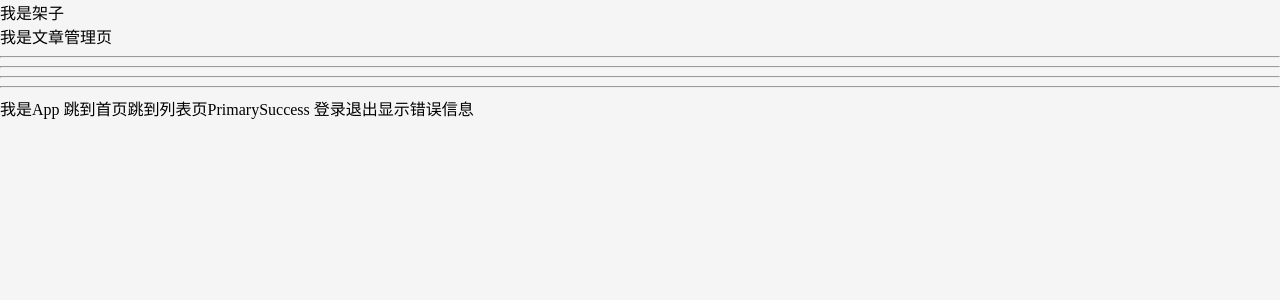
Repository: 202100202078/to-b-data-management-platform
Page: /
An editor plug-in stored every save of this project. The page is shown before and after the next save, followed by the edit.
The browser window is 1280 px wide. The pictures show the whole page.
The project was rebuilt for these pictures with package versions that can differ from the ones it lists, and the page was loaded fresh each time. Also part of the build but not shown: vite.config.js.

Above is the page before, as saved 2023-10-29 16:18:33.

### src/main.js
import { createApp } from 'vue'

import '@/assets/main.scss'

import pinia from '@/stores/index.js'
import App from './App.vue'
import router from './router'

const app = createApp(App)

app.use(pinia)
app.use(router)

app.mount('#app')

### src/stores/index.js
import { createPinia } from 'pinia'
import persist from 'pinia-plugin-persistedstate'

const pinia = createPinia()
pinia.use(persist)

export default pinia

export * from './modules/user'

### src/App.vue
<script setup>
import { useRoute, useRouter } from 'vue-router'
import { useUserStore } from '@/stores'
import request from '@/utils/request.js'
import { ElMessage } from 'element-plus'
const userStore = useUserStore()

const route = useRoute()
const router = useRouter()

const goList = async () => {
  const res = await request.get('/my/cate/info')
  console.log(res)
  router.push('/list')
  console.log(route)
  console.log(router)
}
</script>

<template>
  <div>
    <router-view></router-view>
    <hr />
    <hr />
    <hr />
    <hr />
    我是App
    <test-com></test-com>
    <el-button @click="$router.push('/home')">跳到首页</el-button>
    <el-button @click="goList">跳到列表页</el-button>
    <el-button type="primary">Primary</el-button>
    <el-button type="success">Success</el-button>
    {{ userStore.token }}
    <el-button @click="userStore.setToken('kasldjkalsjdlkasj')">登录</el-button>
    <el-button @click="userStore.removeToken()">退出</el-button>
    <el-button @click="ElMessage.error('Oops, this is a error message.')"
      >显示错误信息</el-button
    >
  </div>
</template>

<style scoped></style>

### src/router/index.js
import { createRouter, createWebHistory } from 'vue-router'

const router = createRouter({
  history: createWebHistory(import.meta.env.BASE_URL),
  routes: [
    {
      path: '/login',
      component: () => import('@/views/login/LoginPage.vue')
    },
    {
      path: '/',
      component: () => import('@/views/layout/LayOutContainer.vue'),
      redirect: '/article/manage',
      children: [
        {
          path: '/article/channel',
          component: () => import('@/views/article/ArticleChannel.vue')
        },
        {
          path: '/article/manage',
          component: () => import('@/views/article/ArticleManage.vue')
        },
        {
          path: '/user/profile',
          component: () => import('@/views/user/UserProfile.vue')
        },
        {
          path: '/user/avatar',
          component: () => import('@/views/user/UserAvatar.vue')
        },
        {
          path: '/user/password',
          component: () => import('@/views/user/UserPassword.vue')
        }
      ]
    }
  ]
})

export default router

### src/stores/modules/user.js
import { defineStore } from 'pinia'
import { ref } from 'vue'

export const useUserStore = defineStore(
  'user',
  () => {
    const token = ref('')
    const setToken = (newToken) => {
      token.value = newToken
    }
    const removeToken = () => {
      token.value = ''
    }

    return {
      token,
      setToken,
      removeToken
    }
  },
  {
    persist: {
      key: 'userInfo'
    }
  }
)

### src/utils/request.js
// 封装axios
import axios from 'axios'
import { useUserStore } from '@/stores'
import { ElMessage } from 'element-plus'
import router from '@/router'

const baseURL = 'http://big-event-vue-api-t.itheima.net'

const instance = axios.create({
  baseURL,
  timeout: 100000
})

// 添加请求拦截器
instance.interceptors.request.use(
  function (config) {
    const userStore = useUserStore()
    // 添加token
    if (userStore.token) {
      //如果token存在则携带
      config.headers.Authorization = userStore.token
    }
    return config
  },
  function (error) {
    return Promise.reject(error)
  }
)

// 添加响应拦截器
instance.interceptors.response.use(
  function (response) {
    if (response.data.code === 0) {
      // 响应正常则直接返回
      return response
    }
    //提示用户错误信息
    ElMessage.error(response.data.message || '服务异常')
    return Promise.reject(response.data)
  },
  function (error) {
    // 超出 2xx 范围的状态码都会触发该函数。
    // 对响应错误做点什么
    ElMessage.error(error.response.data.message || '服务异常')
    if (error.response?.status === 401) {
      //权限不够直接退回登录页
      router.push('/login')
    }
    return Promise.reject(error)
  }
)

export default instance
export { baseURL }

### src/views/layout/LayoutContainer.vue
<template>
  <div>
    我是架子
    <router-view></router-view>
  </div>
</template>

### src/views/article/ArticleManage.vue
<template>
  <div>我是文章管理页</div>
</template>

Loaded but not shown: index.html (common file); src/assets/main.scss (common file)

After the next save:
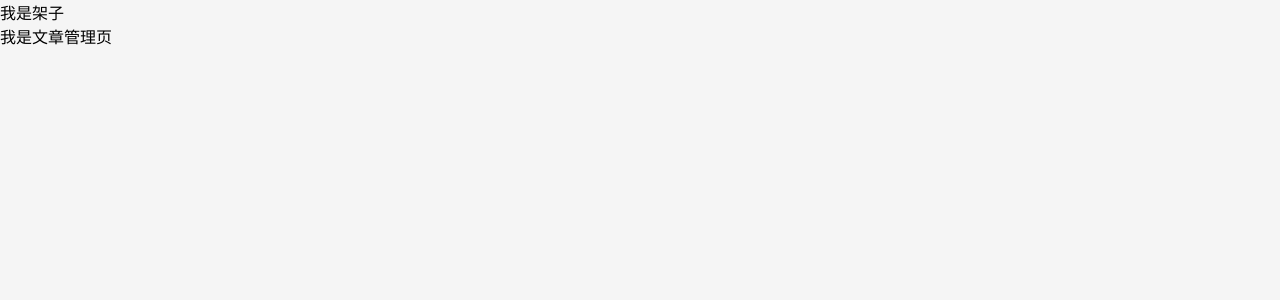
Saved 5 min 35 s later.
--- a/src/App.vue
+++ b/src/App.vue
@@ -20,22 +20,6 @@ const goList = async () => {
 <template>
   <div>
     <router-view></router-view>
-    <hr />
-    <hr />
-    <hr />
-    <hr />
-    我是App
-    <test-com></test-com>
-    <el-button @click="$router.push('/home')">跳到首页</el-button>
-    <el-button @click="goList">跳到列表页</el-button>
-    <el-button type="primary">Primary</el-button>
-    <el-button type="success">Success</el-button>
-    {{ userStore.token }}
-    <el-button @click="userStore.setToken('kasldjkalsjdlkasj')">登录</el-button>
-    <el-button @click="userStore.removeToken()">退出</el-button>
-    <el-button @click="ElMessage.error('Oops, this is a error message.')"
-      >显示错误信息</el-button
-    >
   </div>
 </template>
 
